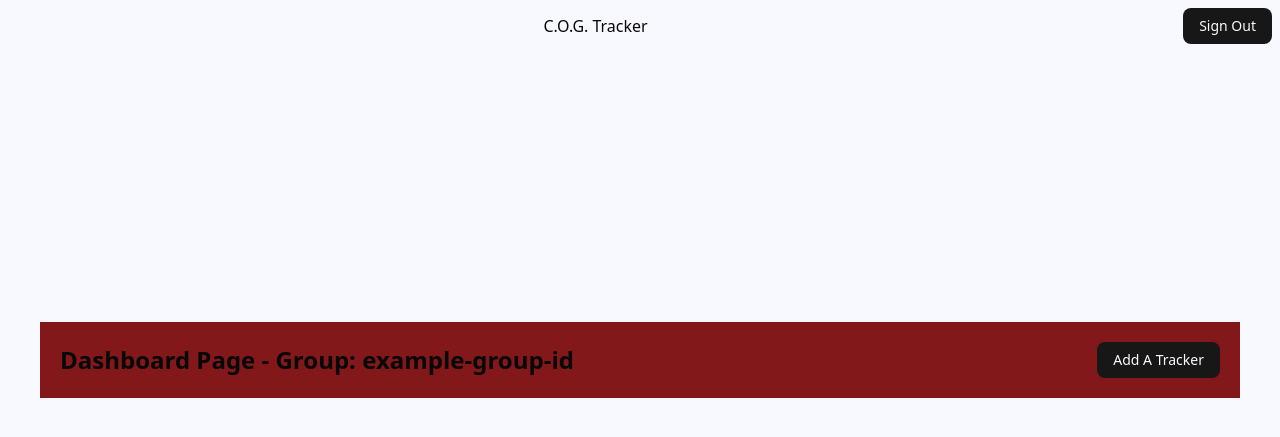
Repository: Renzo-Salosagcol/cog_tracker
Page: /dashboard
The author's editor kept a copy of each file at every save. The page is drawn from the files as they stood at one save, then again after the next save.
The browser window is 1280 px wide. The pictures show the whole page.
The page's requests for data from a server got no answer. The project was rebuilt for these pictures with package versions that can differ from the ones it lists, and the page was loaded fresh each time. The framework's server and built-in components were replaced by stand-ins that run in the browser. No one was signed in, and anything a server would have sent is missing. Also part of the build but not shown: next.config.ts.

Above is the page before, as saved 2026-01-14 19:51:00.

### app/layout.tsx
import type { Metadata } from "next";
import { Geist, Geist_Mono } from "next/font/google";
import "./globals.css";

const geistSans = Geist({
  variable: "--font-geist-sans",
  subsets: ["latin"],
});

const geistMono = Geist_Mono({
  variable: "--font-geist-mono",
  subsets: ["latin"],
});

export const metadata: Metadata = {
  title: "COG Tracker",
  description: "COG tracker created to track client owned goods in a centralized and easily accessible way",
};

export default function RootLayout({
  children,
}: Readonly<{
  children: React.ReactNode;
}>) {
  return (
    <html lang="en">
      <body
        className={`${geistSans.variable} ${geistMono.variable} antialiased`}
      >
        {children}
      </body>
    </html>
  );
}

### app/dashboard/page.tsx
"use client";

import { Navbar } from "@/components/navbar";
import { Button } from "@/components/ui/button";

import { useState } from "react";
import { supabase, getUserInformation } from "@/lib/supabase";


const trackers = [
  {
    id: "1",
    name: "John Smith",
    products_associate: ["Product A", "Product B"],
    date_added: "2024-01-15",
    comments: "First tracker added.",
  },
  {
    id: "2",
    name: "Jane Doe",
    products_associate: ["Product C"],
    date_added: "2024-02-20",
    comments: "Important client.",
  },
]

export default function DashboardPage() {
  const [group, setGroup] = useState<string | null>("example-group-id");



  return (
    <div className="root-page-element bg-background items-center justify-center p-10">
      <Navbar />
      <div className="bg-red-900 w-full h-full">
        <div className="flex flex-row items-center justify-between p-5">
          <h1 className="font-bold text-2xl">
            Dashboard Page - Group: {group}
          </h1>
          <Button>Add A Tracker</Button>
        </div>

      </div>
    </div>
  );
}

### app/globals.css
@import "tailwindcss";
@import "tw-animate-css";

@custom-variant dark (&:is(.dark *));

@theme inline {
  --radius-sm: calc(var(--radius) - 4px);
  --radius-md: calc(var(--radius) - 2px);
  --radius-lg: var(--radius);
  --radius-xl: calc(var(--radius) + 4px);
  --radius-2xl: calc(var(--radius) + 8px);
  --radius-3xl: calc(var(--radius) + 12px);
  --radius-4xl: calc(var(--radius) + 16px);
  --color-background: var(--background);
  --color-foreground: var(--foreground);
  --color-card: var(--card);
  --color-card-foreground: var(--card-foreground);
  --color-popover: var(--popover);
  --color-popover-foreground: var(--popover-foreground);
  --color-primary: var(--primary);
  --color-primary-foreground: var(--primary-foreground);
  --color-secondary: var(--secondary);
  --color-secondary-foreground: var(--secondary-foreground);
  --color-muted: var(--muted);
  --color-muted-foreground: var(--muted-foreground);
  --color-accent: var(--accent);
  --color-accent-foreground: var(--accent-foreground);
  --color-destructive: var(--destructive);
  --color-border: var(--border);
  --color-input: var(--input);
  --color-ring: var(--ring);
  --color-chart-1: var(--chart-1);
  --color-chart-2: var(--chart-2);
  --color-chart-3: var(--chart-3);
  --color-chart-4: var(--chart-4);
  --color-chart-5: var(--chart-5);
  --color-sidebar: var(--sidebar);
  --color-sidebar-foreground: var(--sidebar-foreground);
  --color-sidebar-primary: var(--sidebar-primary);
  --color-sidebar-primary-foreground: var(--sidebar-primary-foreground);
  --color-sidebar-accent: var(--sidebar-accent);
  --color-sidebar-accent-foreground: var(--sidebar-accent-foreground);
  --color-sidebar-border: var(--sidebar-border);
  --color-sidebar-ring: var(--sidebar-ring);
  --color-facebook: var(--facebook-blue);
}

:root {
  --radius: 0.625rem;
  --background: #f8f8ff; /* Ghost White */
  --foreground: #080808; /* Vampire Black */
  --card: oklch(1 0 0);
  --card-foreground: oklch(0.145 0 0);
  --popover: oklch(1 0 0);
  --popover-foreground: oklch(0.145 0 0);
  --primary: oklch(0.205 0 0);
  --primary-foreground: oklch(0.985 0 0);
  --secondary: oklch(0.97 0 0);
  --secondary-foreground: oklch(0.205 0 0);
  --muted: oklch(0.97 0 0);
  --muted-foreground: oklch(0.556 0 0);
  --accent: oklch(0.97 0 0);
  --accent-foreground: oklch(0.205 0 0);
  --destructive: oklch(0.577 0.245 27.325);
  --border: oklch(0.922 0 0);
  --input: oklch(0.922 0 0);
  --ring: oklch(0.708 0 0);
  --chart-1: oklch(0.646 0.222 41.116);
  --chart-2: oklch(0.6 0.118 184.704);
  --chart-3: oklch(0.398 0.07 227.392);
  --chart-4: oklch(0.828 0.189 84.429);
  --chart-5: oklch(0.769 0.188 70.08);
  --sidebar: oklch(0.985 0 0);
  --sidebar-foreground: oklch(0.145 0 0);
  --sidebar-primary: oklch(0.205 0 0);
  --sidebar-primary-foreground: oklch(0.985 0 0);
  --sidebar-accent: oklch(0.97 0 0);
  --sidebar-accent-foreground: oklch(0.205 0 0);
  --sidebar-border: oklch(0.922 0 0);
  --sidebar-ring: oklch(0.708 0 0);
  --facebook-blue: #0165E1;
}

.dark {
  --background: #080808; /* Vampire Black */
  --foreground: #f8f8ff; /* Ghost White */
  --card: oklch(0.205 0 0);
  --card-foreground: oklch(0.985 0 0);
  --popover: oklch(0.205 0 0);
  --popover-foreground: oklch(0.985 0 0);
  --primary: oklch(0.922 0 0);
  --primary-foreground: oklch(0.205 0 0);
  --secondary: oklch(0.269 0 0);
  --secondary-foreground: oklch(0.985 0 0);
  --muted: oklch(0.269 0 0);
  --muted-foreground: oklch(0.708 0 0);
  --accent: oklch(0.269 0 0);
  --accent-foreground: oklch(0.985 0 0);
  --destructive: oklch(0.704 0.191 22.216);
  --border: oklch(1 0 0 / 10%);
  --input: oklch(1 0 0 / 15%);
  --ring: oklch(0.556 0 0);
  --chart-1: oklch(0.488 0.243 264.376);
  --chart-2: oklch(0.696 0.17 162.48);
  --chart-3: oklch(0.769 0.188 70.08);
  --chart-4: oklch(0.627 0.265 303.9);
  --chart-5: oklch(0.645 0.246 16.439);
  --sidebar: oklch(0.205 0 0);
  --sidebar-foreground: oklch(0.985 0 0);
  --sidebar-primary: oklch(0.488 0.243 264.376);
  --sidebar-primary-foreground: oklch(0.985 0 0);
  --sidebar-accent: oklch(0.269 0 0);
  --sidebar-accent-foreground: oklch(0.985 0 0);
  --sidebar-border: oklch(1 0 0 / 10%);
  --sidebar-ring: oklch(0.556 0 0);
  --facebook-blue: #0165E1;
}

@layer base {
  * {
    @apply border-border outline-ring/50;
  }
  body {
    @apply bg-background text-foreground;
  }
}

@utility root-page-element {
  @apply min-h-screen flex flex-col items-center justify-center top-0 left-0 w-full;
}

@utility glassmorphism {
  @apply bg-background/70 backdrop-blur-lg
}

### components/navbar.tsx
import { supabase } from "@/lib/supabase"
import { Button } from "./ui/button"
import { getUserInformation } from "@/lib/supabase"
import { useRouter } from "next/navigation";

export const Navbar = () => {
  const user = getUserInformation();
  const router = useRouter();
  console.log(user);

  async function signOut() {
    let { error } = await supabase.auth.signOut()
  }

  supabase.auth.onAuthStateChange((event, session) => {
    if (event == "SIGNED_OUT") {
          router.push("/");
    }
  });

  return (
    <nav className="top-0 left-0 w-full glassmorphism fixed">
      <div className="flex flex-row items-center justify-between p-2">
        <div>{user.email}</div>
        <h1>C.O.G. Tracker</h1>
        <Button onClick={signOut}>Sign Out</Button>
      </div>
    </nav>
  )
}

### components/ui/button.tsx
import * as React from "react"
import { Slot } from "@radix-ui/react-slot"
import { cva, type VariantProps } from "class-variance-authority"

import { cn } from "@/lib/utils"

const buttonVariants = cva(
  "inline-flex items-center justify-center gap-2 whitespace-nowrap rounded-md text-sm font-medium transition-all disabled:pointer-events-none disabled:opacity-50 [&_svg]:pointer-events-none [&_svg:not([class*='size-'])]:size-4 shrink-0 [&_svg]:shrink-0 outline-none focus-visible:border-ring focus-visible:ring-ring/50 focus-visible:ring-[3px] aria-invalid:ring-destructive/20 dark:aria-invalid:ring-destructive/40 aria-invalid:border-destructive",
  {
    variants: {
      variant: {
        default: "bg-primary text-primary-foreground hover:bg-primary/90",
        destructive:
          "bg-destructive text-white hover:bg-destructive/90 focus-visible:ring-destructive/20 dark:focus-visible:ring-destructive/40 dark:bg-destructive/60",
        outline:
          "border bg-background shadow-xs hover:bg-accent hover:text-accent-foreground dark:bg-input/30 dark:border-input dark:hover:bg-input/50",
        secondary:
          "bg-secondary text-secondary-foreground hover:bg-secondary/80",
        ghost:
          "hover:bg-accent hover:text-accent-foreground dark:hover:bg-accent/50",
        link: "text-primary underline-offset-4 hover:underline",
        facebook: "bg-facebook text-white hover:bg-facebook/90",
      },
      size: {
        default: "h-9 px-4 py-2 has-[>svg]:px-3",
        sm: "h-8 rounded-md gap-1.5 px-3 has-[>svg]:px-2.5",
        lg: "h-10 rounded-md px-6 has-[>svg]:px-4",
        icon: "size-9",
        "icon-sm": "size-8",
        "icon-lg": "size-10",
      },
    },
    defaultVariants: {
      variant: "default",
      size: "default",
    },
  }
)

function Button({
  className,
  variant = "default",
  size = "default",
  asChild = false,
  ...props
}: React.ComponentProps<"button"> &
  VariantProps<typeof buttonVariants> & {
    asChild?: boolean
  }) {
  const Comp = asChild ? Slot : "button"

  return (
    <Comp
      data-slot="button"
      data-variant={variant}
      data-size={size}
      className={cn(buttonVariants({ variant, size, className }))}
      {...props}
    />
  )
}

export { Button, buttonVariants }

### lib/supabase.ts
import { createClient } from '@supabase/supabase-js';

const supabaseUrl = process.env.NEXT_PUBLIC_SUPABASE_URL;
const supabaseAnonKey = process.env.NEXT_PUBLIC_SUPABASE_ANON_KEY;

export const supabase = createClient(supabaseUrl, supabaseAnonKey);

export async function getUserInformation() {
  const { data: { user } } = await supabase.auth.getUser()

  return user;
}

Loaded but not shown: lib/utils.ts (common file)

After the next save:
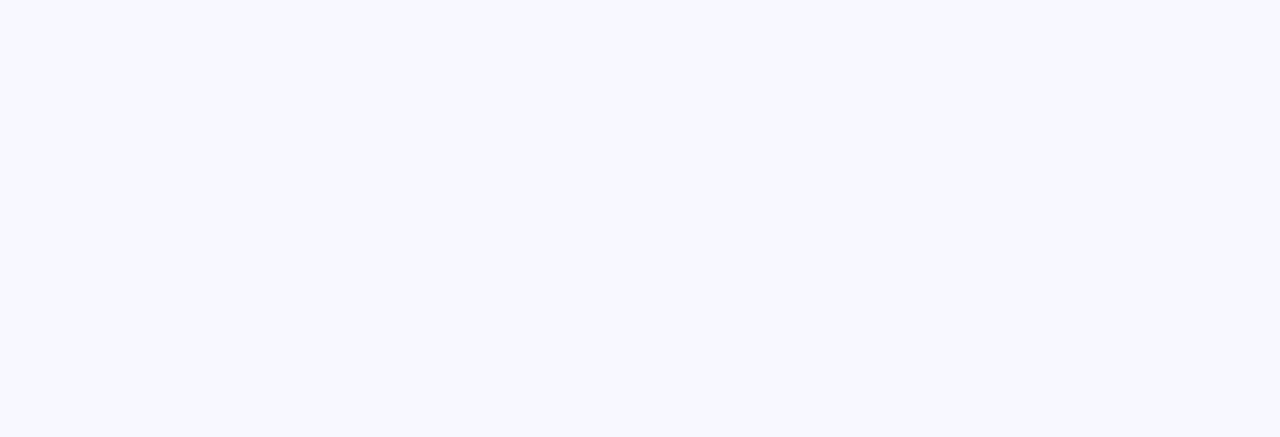
Saved 58 s later.
--- a/components/navbar.tsx
+++ b/components/navbar.tsx
@@ -21,7 +21,7 @@
   return (
     <nav className="top-0 left-0 w-full glassmorphism fixed">
       <div className="flex flex-row items-center justify-between p-2">
-        <div>{user.email}</div>
+        <div>{user}</div>
         <h1>C.O.G. Tracker</h1>
         <Button onClick={signOut}>Sign Out</Button>
       </div>

After the save that followed:
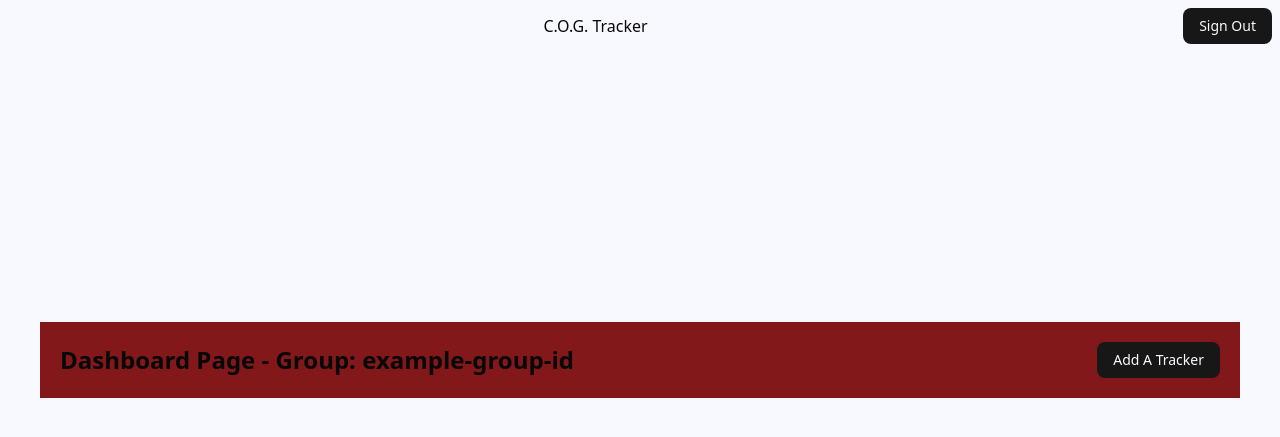
Saved 75 s later.
--- a/components/navbar.tsx
+++ b/components/navbar.tsx
@@ -2,11 +2,13 @@
 import { Button } from "./ui/button"
 import { getUserInformation } from "@/lib/supabase"
 import { useRouter } from "next/navigation";
+import { useState } from "react";
 
 export const Navbar = () => {
   const user = getUserInformation();
   const router = useRouter();
-  console.log(user);
+
+  const [email, setEmail] = useState<string | null>(user?.email ?? null);
 
   async function signOut() {
     let { error } = await supabase.auth.signOut()
@@ -21,7 +23,7 @@
   return (
     <nav className="top-0 left-0 w-full glassmorphism fixed">
       <div className="flex flex-row items-center justify-between p-2">
-        <div>{user}</div>
+        <div>{user?.email}</div>
         <h1>C.O.G. Tracker</h1>
         <Button onClick={signOut}>Sign Out</Button>
       </div>
